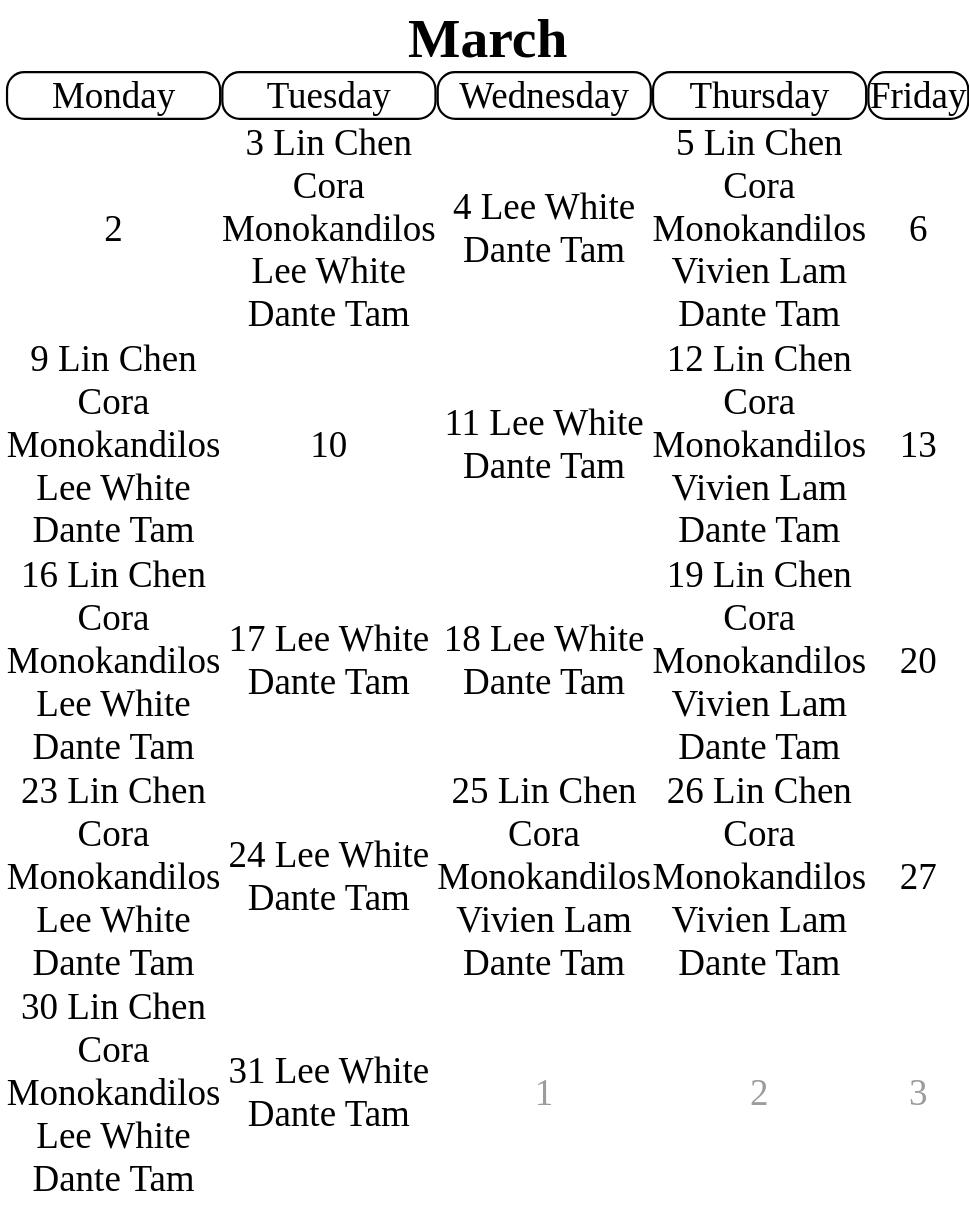
Repository: shleewhite/missionBitCalendar
Page: views/mar.html
The author's editor kept a record of every edit. The page is drawn from the files as they stood at one moment, then again after the next edit.
The browser window is 1280 px wide. The page is 1310 px wide, then 1280 px, so the pictures cover 1310 px, including what lies to the right of the window. The pictures show the whole page, at 74% of full size.

Above is the page before.

After the next edit:
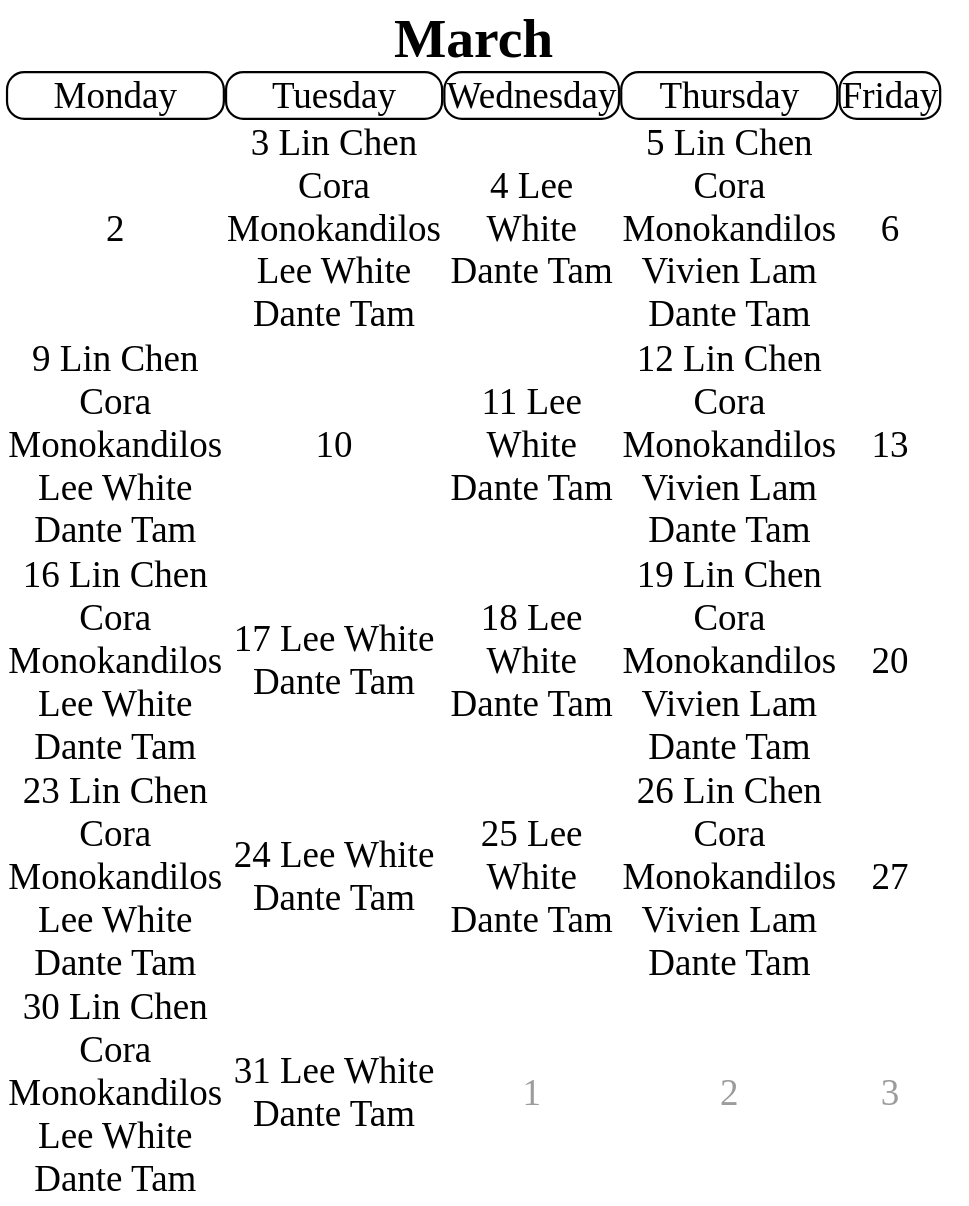
The edit:
--- a/views/mar.html
+++ b/views/mar.html
@@ -36,7 +36,7 @@
             <tr>
                 <td>23 Lin Chen<br>Cora Monokandilos<br>Lee White<br>Dante Tam</td>
                 <td>24 Lee White<br>Dante Tam</td>
-                <td>25 Lin Chen<br>Cora Monokandilos<br>Vivien Lam<br>Dante Tam</td>
+                <td>25 Lee White<br>Dante Tam</td>
                 <td>26 Lin Chen<br>Cora Monokandilos<br>Vivien Lam<br>Dante Tam</td>
                 <td>27</td>
             </tr>
